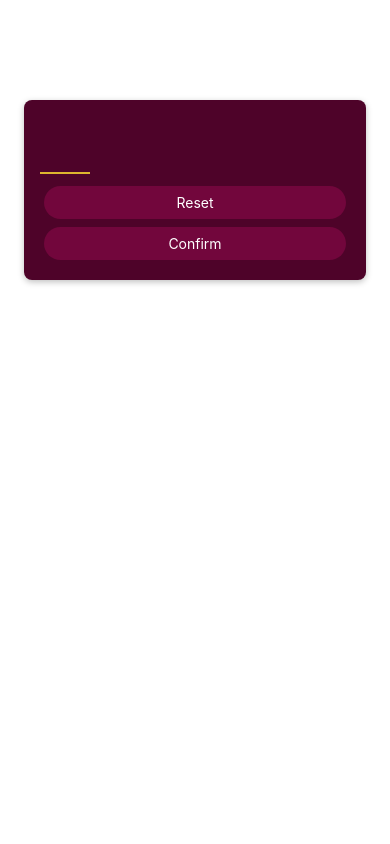
Repository: GarlicButterBoy/Number-Guessing-Game
Screen: /
These files come from the project's save history. The screen is drawn as it stood at one moment and after the next save; the edit follows.
The app was drawn by React Native's web renderer in a window 390 px wide. The project was rebuilt for these pictures with package versions that can differ from the ones it lists, and the page was loaded fresh each time.

Above is the screen before, as saved 2024-05-03 09:19:28.

### App.js
import { StyleSheet, Text, View } from "react-native";
import StartGameScreen from "./screens/StartGameScreen";

export default function App() {
  return <StartGameScreen />;
}

const styles = StyleSheet.create({
  container: {
    flex: 1,
    backgroundColor: "#fff",
    alignItems: "center",
    justifyContent: "center",
  },
});

### screens/StartGameScreen.js
import { View, TextInput, StyleSheet } from "react-native";
import PrimaryButton from "../components/PrimaryButton";

function StartGameScreen() {
  return (
    <View style={styles.inputContainer}>
      <TextInput
        style={styles.numberInput}
        maxLength={2}
        keyboardType="number-pad"
        autoCapitalize="none"
        autoCorrect={false}
      ></TextInput>
      <PrimaryButton>Reset</PrimaryButton>
      <PrimaryButton>Confirm</PrimaryButton>
    </View>
  );
}

export default StartGameScreen;

const styles = StyleSheet.create({
    inputContainer: {
      justifyContent: '',
    padding: 16,
    marginTop: 100,
    marginHorizontal: 24,
    borderRadius: 8,
    backgroundColor: "#4e0329",
    elevation: 6,
    shadowColor: "black",
    shadowOffset: { width: 0, height: 2 },
    shadowRadius: 6,
    shadowOpacity: 0.25,
  },
  numberInput: {
    height: 50,
    width: 50,
    fontSize: 32,
    borderBottomColor: "#ddb52f",
    borderBottomWidth: 2,
    color: "#ddb52f",
    marginVertical: 8,
    fontWeight: "bold",
    textAlign: "center",
  },
});

### components/PrimaryButton.js
import { View, Text, Pressable, StyleSheet } from "react-native";

function PrimaryButton({ children }) {
  function pressHandler() {
    console.log("Pressed!");
  }
  return (
    <View style={styles.buttonOuterContainer}>
      <Pressable
        style={({ pressed }) =>
          pressed
            ? [styles.buttonInnerContainer, styles.pressed]
            : styles.buttonInnerContainer
        }
        onPress={pressHandler}
        android_ripple={{ color: "#640233" }}
      >
        <Text style={styles.buttonText}>{children}</Text>
      </Pressable>
    </View>
  );
}

export default PrimaryButton;

const styles = StyleSheet.create({
  buttonOuterContainer: {
    borderRadius: 28,
    margin: 4,
    overflow: "hidden",
  },
  buttonInnerContainer: {
    backgroundColor: "#72063c",
    paddingVertical: 8,
    paddingHorizontal: 16,
    elevation: 2,
  },
  buttonText: {
    color: "white",
    textAlign: "center",
  },
  pressed: {
    opacity: 0.75,
  },
});

After the next save:
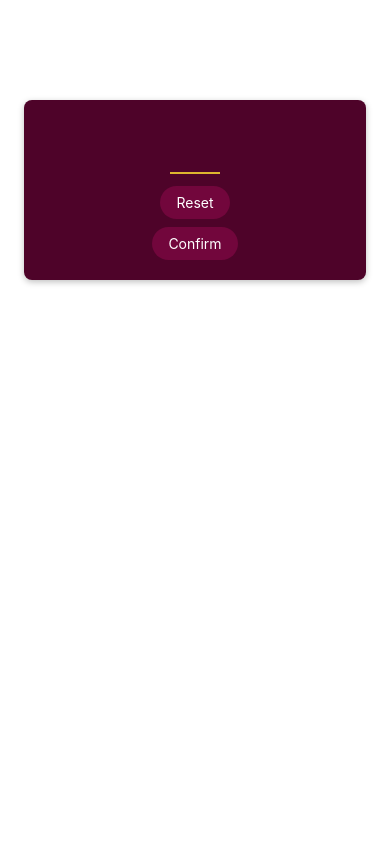
Saved 11 s later.
--- a/screens/StartGameScreen.js
+++ b/screens/StartGameScreen.js
@@ -21,7 +21,8 @@ export default StartGameScreen;
 
 const styles = StyleSheet.create({
     inputContainer: {
-      justifyContent: '',
+        justifyContent: '',
+        alignItems: 'center',
     padding: 16,
     marginTop: 100,
     marginHorizontal: 24,
